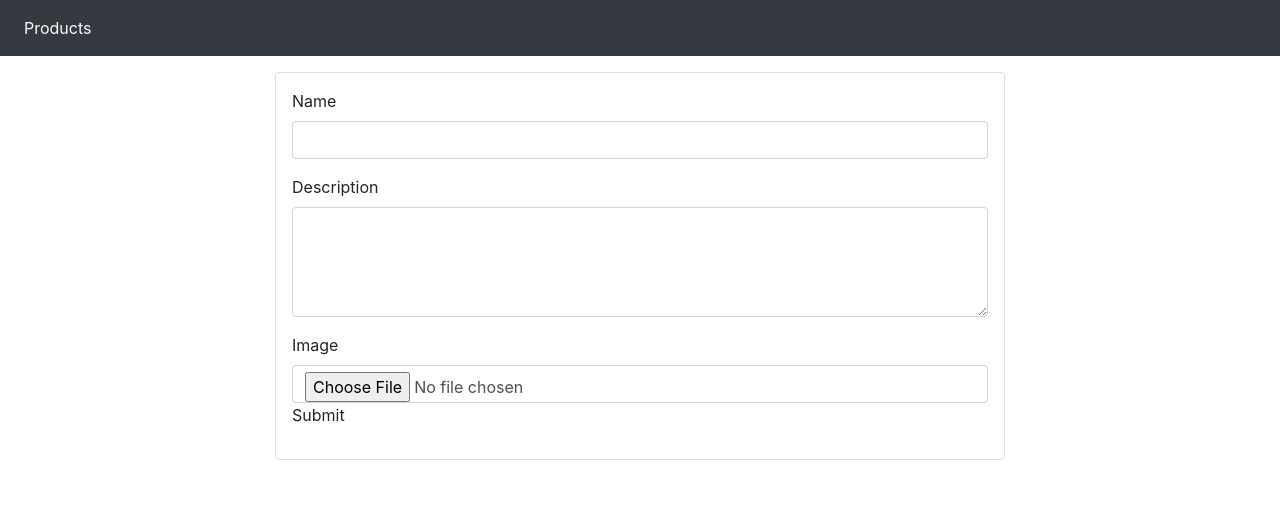
Repository: Aniksaha19/curd
Page: http://localhost/products/create
An editor plug-in stored every save of this project. The page is shown before and after the next save, followed by the edit.
The browser window is 1280 px wide. The pictures show the whole page.
The page is served by the project's Laravel application, run on PHP 8.4 with Laravel 10. Other server files are loaded and not shown.

Above is the page before, as saved 2023-06-01 17:26:14.

### routes/web.php
<?php

use Illuminate\Support\Facades\Route;
use App\Http\Controllers\ProductController;

/*
|--------------------------------------------------------------------------
| Web Routes
|--------------------------------------------------------------------------
|
| Here is where you can register web routes for your application. These
| routes are loaded by the RouteServiceProvider and all of them will
| be assigned to the "web" middleware group. Make something great!
|
*/

Route::get('/', [ProductController::class, 'index'])->name('products.index');
Route::get('products/create', [ProductController::class, 'create'])->name('products.create');
Route::post('products/store', [ProductController::class, 'store'])->name('products.store');

### app/Http/Controllers/ProductController.php
<?php

namespace App\Http\Controllers;

use Illuminate\Http\Request;
use App\Models\Product;

class ProductController extends Controller
{
    public function index(){
        return view('products.index');
    }
    public function create(){
        return view('products.create');
    }
    public function store(Request $request){

        //validate date
        $request->validate([
            'name' => 'required',
            'description'=> 'required',
            'image' => 'required|mimes:jpeg,jpg,png,gif|max:1000'
        ]);
        //upload image
        // dd($request->all());
        $imagesName = time().'.'.$request->image->extension();
        $request->image->move(public_path('products'), $imagesName);

        $product = new Product;
        $product->image = $imagesName;
        $product->name = $request->name;
        $product->description = $request->description;

        $product->save();
        return back();
        // dd($imagesName);
    }
}

### resources/views/products/create.blade.php
<!DOCTYPE html>
<html lang="en">
<head>
    <meta charset="UTF-8">
    <meta http-equiv="X-UA-Compatible" content="IE=edge">
    <meta name="viewport" content="width=device-width, initial-scale=1.0">
    <title>Laravel CURD</title>

    <link rel="stylesheet" href="https://cdn.jsdelivr.net/npm/bootstrap@4.6.2/dist/css/bootstrap.min.css">
    <script src="https://cdn.jsdelivr.net/npm/jquery@3.6.4/dist/jquery.slim.min.js"></script>
    <script src="https://cdn.jsdelivr.net/npm/popper.js@1.16.1/dist/umd/popper.min.js"></script>
    <script src="https://cdn.jsdelivr.net/npm/bootstrap@4.6.2/dist/js/bootstrap.bundle.min.js"></script>
</head>
<body>

        <nav class="navbar navbar-expand-sm bg-dark">
            <ul class="navbar-nav">
                <li class="nav-item">
                    <a class="nav-link text-light" href="/">Products</a>
                </li>
            </ul>
        </nav>
           <div class="container">
                <div class="row justify-content-center">
                    <div class="col-sm-8">
                        <div class="card mt-3 p-3">
                            <form method="POST" action="/products/store" enctype="multipart/form-data">
                                @csrf
                                <div class="form-group">
                                    <label>Name</label>
                                    <input type="text" name="name" class="form-control" value="{{ old('name') }}"/>
                                    @if($errors->has('name'))
                                        <span class="text-danger">{{ $errors->first('name') }}</span>
                                    @endif
                                </div>
                                <div class="form-group">
                                    <label>Description</label>
                                    <textarea class="form-control" rows="4" name="description" {{ old('description') }}></textarea>
                                    @if($errors->has('description'))
                                        <span class="text-danger">{{ $errors->first('description') }}</span>
                                    @endif
                                </div>
                                    <div class="form-group">
                                        <label>Image</label>
                                        <input type="file" name="image" class="form-control" value="{{ old('image') }}/>
                                        @if($errors->has('image'))
                                            <span class="text-danger">{{ $errors->first('image') }}</span>
                                        @endif
                                    </div>
                                    <button type="submit" class="btn btn-dark">Submit</button>
                            </form>
                        </div>
                    </div>
                </div>
           </div>
        </div>
</body>
</html>

Loaded but not shown: app/Http/Controllers/Controller.php (common file)

After the next save:
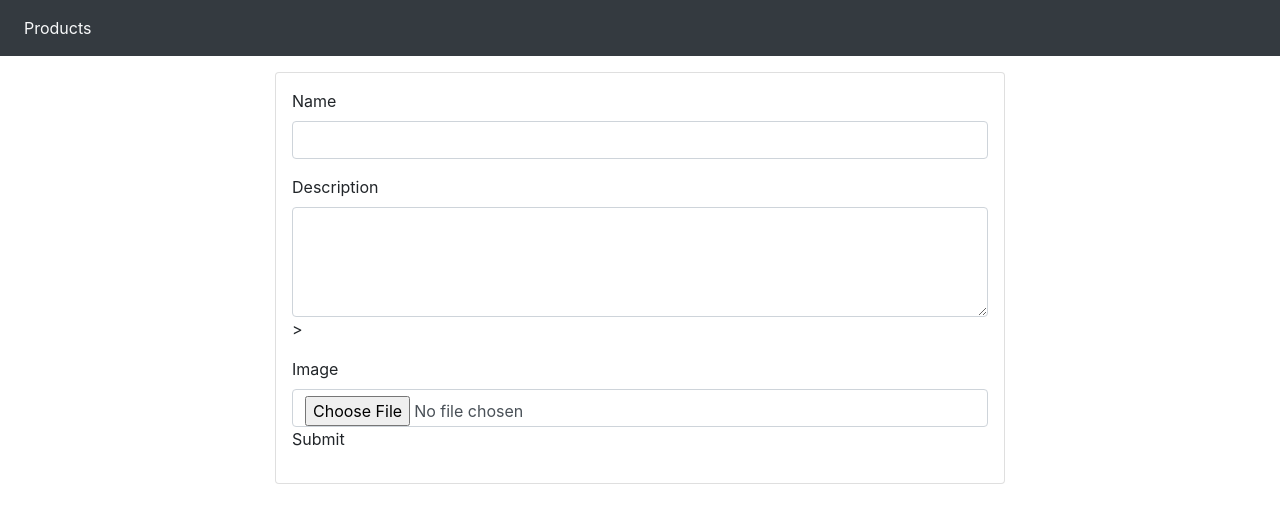
Saved 27 s later.
--- a/resources/views/products/create.blade.php
+++ b/resources/views/products/create.blade.php
@@ -35,7 +35,7 @@
                                 </div>
                                 <div class="form-group">
                                     <label>Description</label>
-                                    <textarea class="form-control" rows="4" name="description" {{ old('description') }}></textarea>
+                                    <textarea class="form-control" rows="4" name="description"></textarea> {{ old('description') }}></textarea>
                                     @if($errors->has('description'))
                                         <span class="text-danger">{{ $errors->first('description') }}</span>
                                     @endif

After the 5 saves that followed:
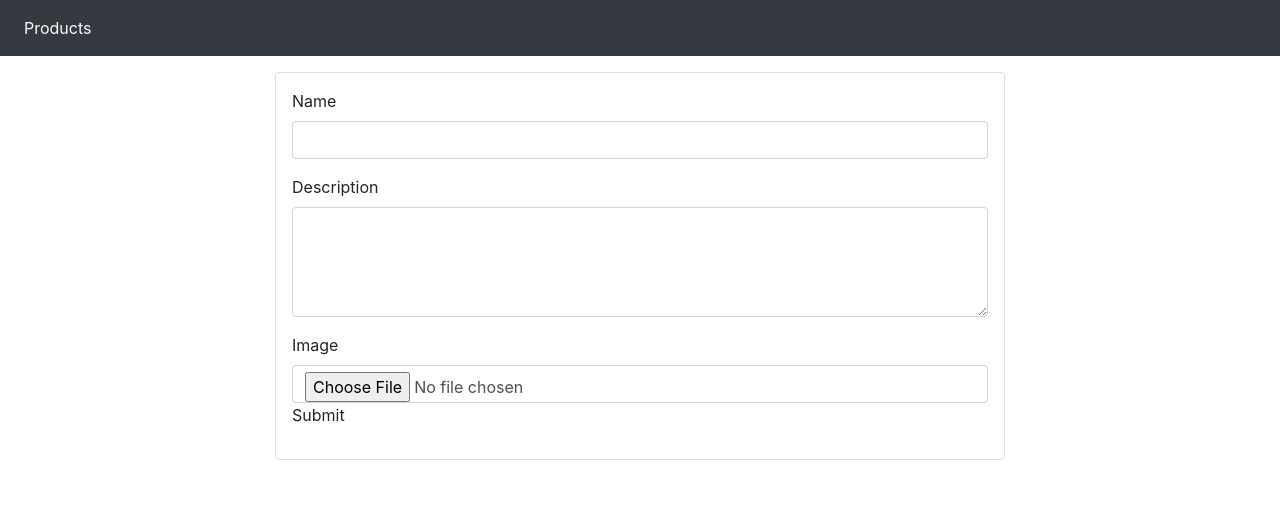
The 5 saves are shown as one change because they came seconds apart.
The last was saved 26 s later.
--- a/resources/views/products/create.blade.php
+++ b/resources/views/products/create.blade.php
@@ -35,7 +35,7 @@
                                 </div>
                                 <div class="form-group">
                                     <label>Description</label>
-                                    <textarea class="form-control" rows="4" name="description"></textarea> {{ old('description') }}></textarea>
+                                    <textarea class="form-control" rows="4" name="description">{{ old('description') }}</textarea>
                                     @if($errors->has('description'))
                                         <span class="text-danger">{{ $errors->first('description') }}</span>
                                     @endif
